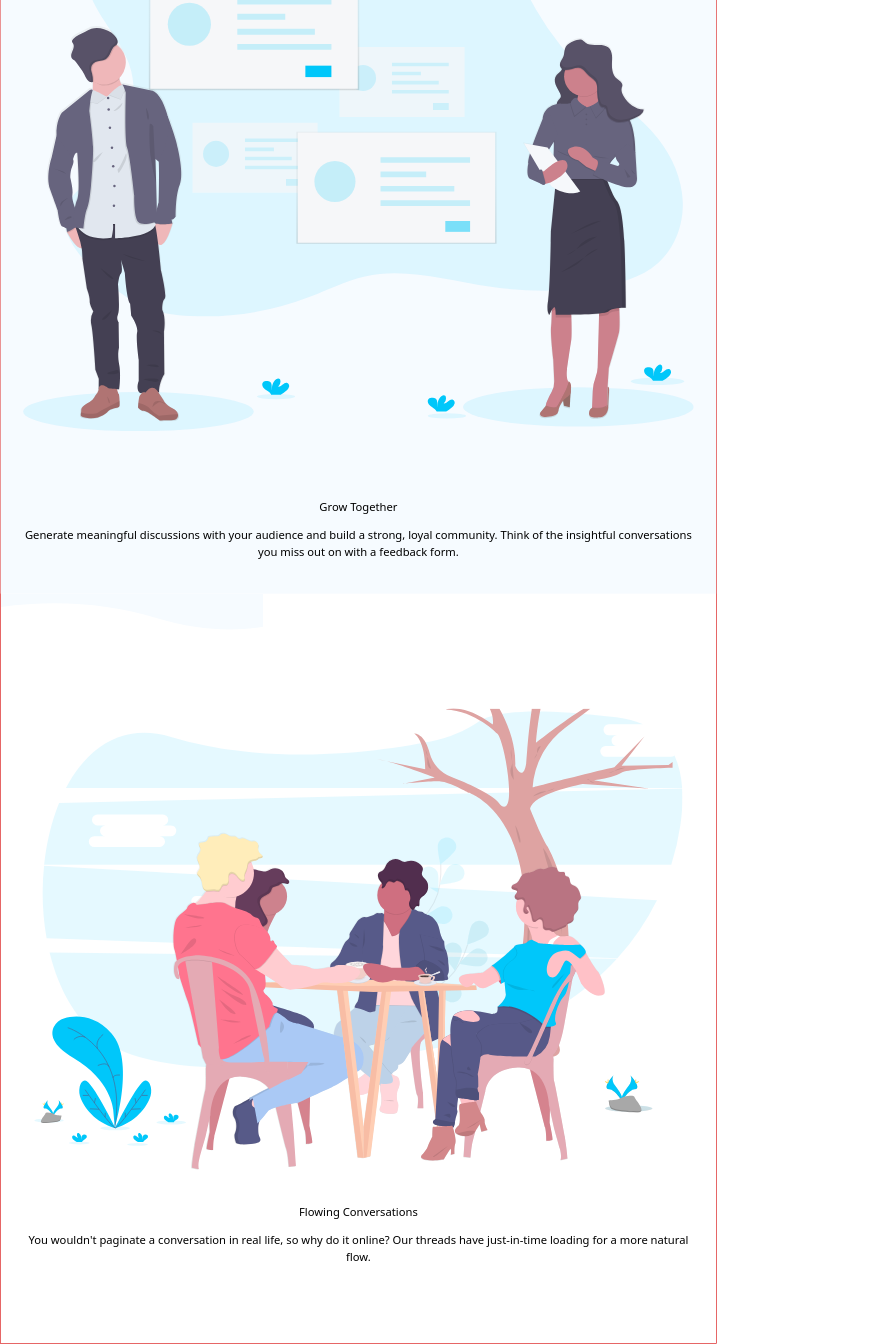
Repository: nivrii/huddle-landing-page-with-curved-sections-master
Page: /
An editor plug-in stored every save of this project. The page is shown before and after the next save, followed by the edit.
The browser window is 1280 px wide. The pictures show the part of the page from y = 1470 to 3390 px (the page is 3390 px tall before and 3262 px after), at 70% of full size.
The project was rebuilt for these pictures with package versions that can differ from the ones it lists, and the page was loaded fresh each time. Also part of the build but not shown: vite.config.js.

Above is the page before, as saved 2024-04-03 18:49:50.

After the next save:
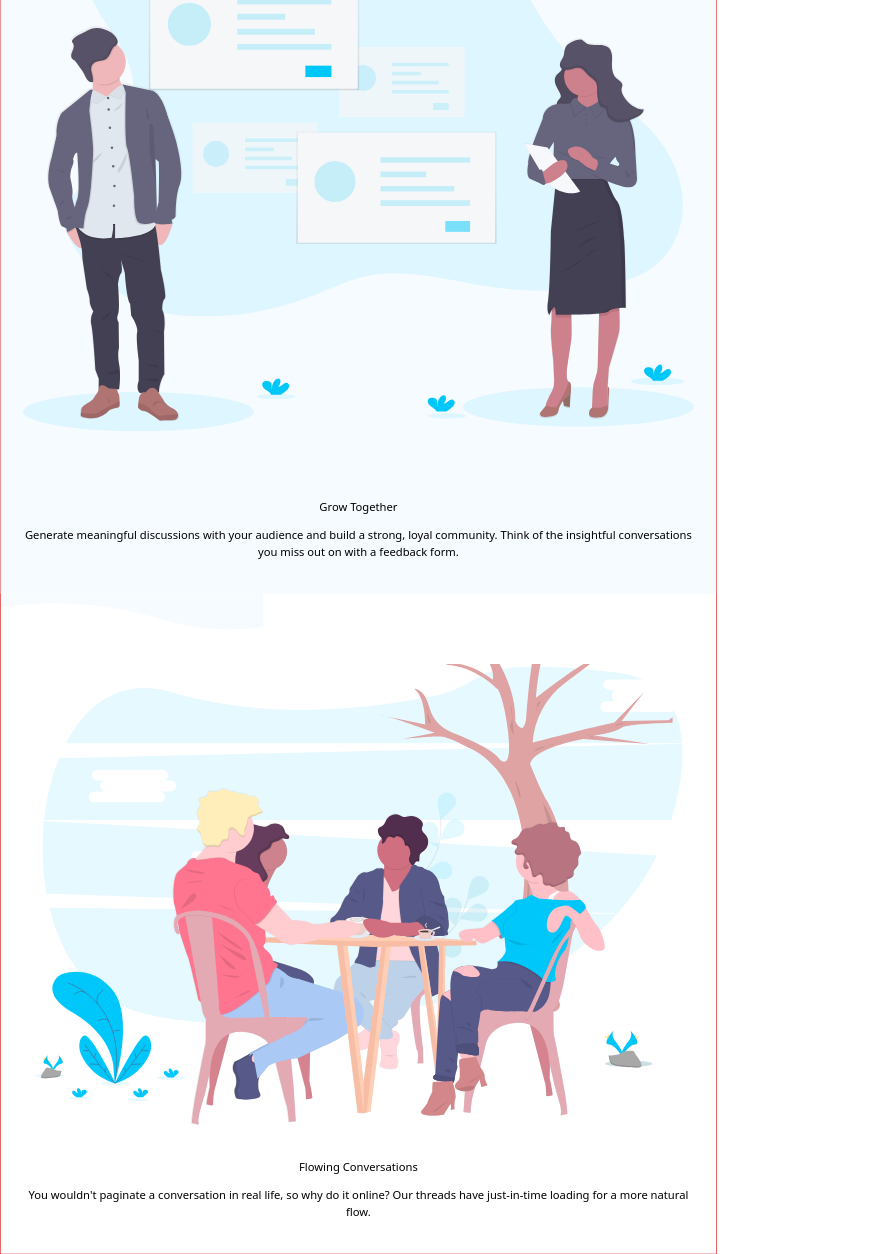
Saved 20 s later.
--- a/src/App.jsx
+++ b/src/App.jsx
@@ -79,7 +79,7 @@
 
       <img src={sectionBottom1M} alt="top-bottom" />
 
-      <section className="flex flex-col space-y-12 my-28 px-8">
+      <section className="flex flex-col space-y-12 my-12 px-8">
         <img src={conversation} alt="conversations" className="px-4" />
         <div className="flex flex-col space-y-4 text-center">
           <h1>Flowing Conversations</h1>
